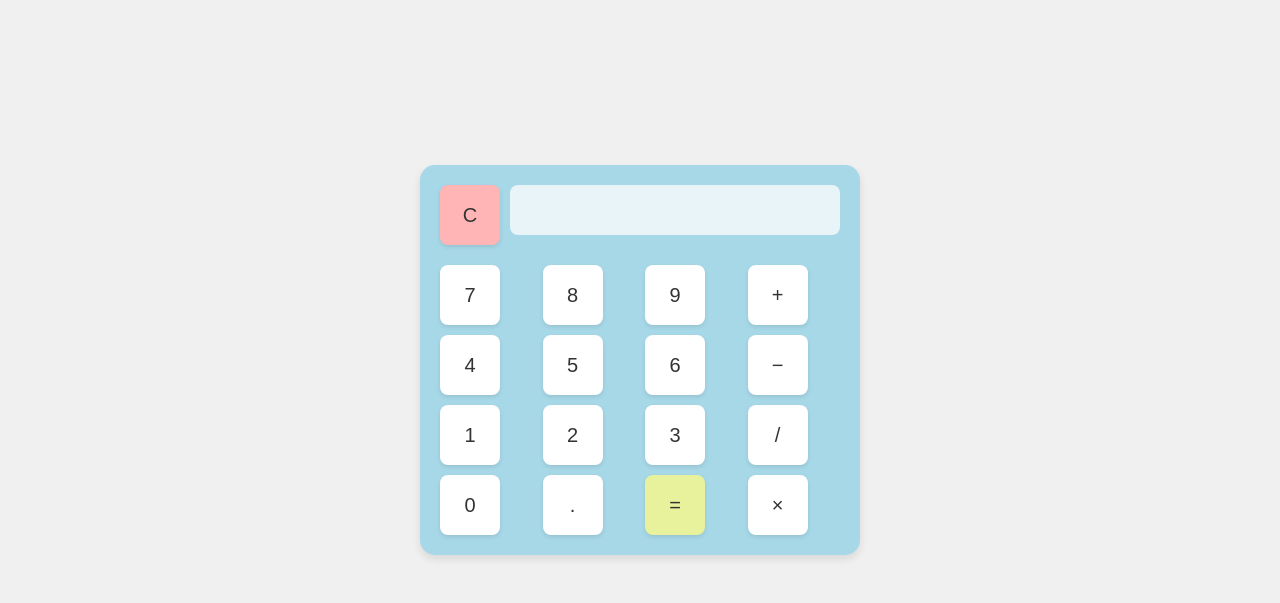
Repository: Burnmyheart/calculator
Page: index.html
An editor plug-in stored every save of this project. The page is shown before and after the next save, followed by the edit.
The browser window is 1280 px wide. The pictures show the whole page.

Above is the page before, as saved 2025-04-28 18:48:30.

After the next save:
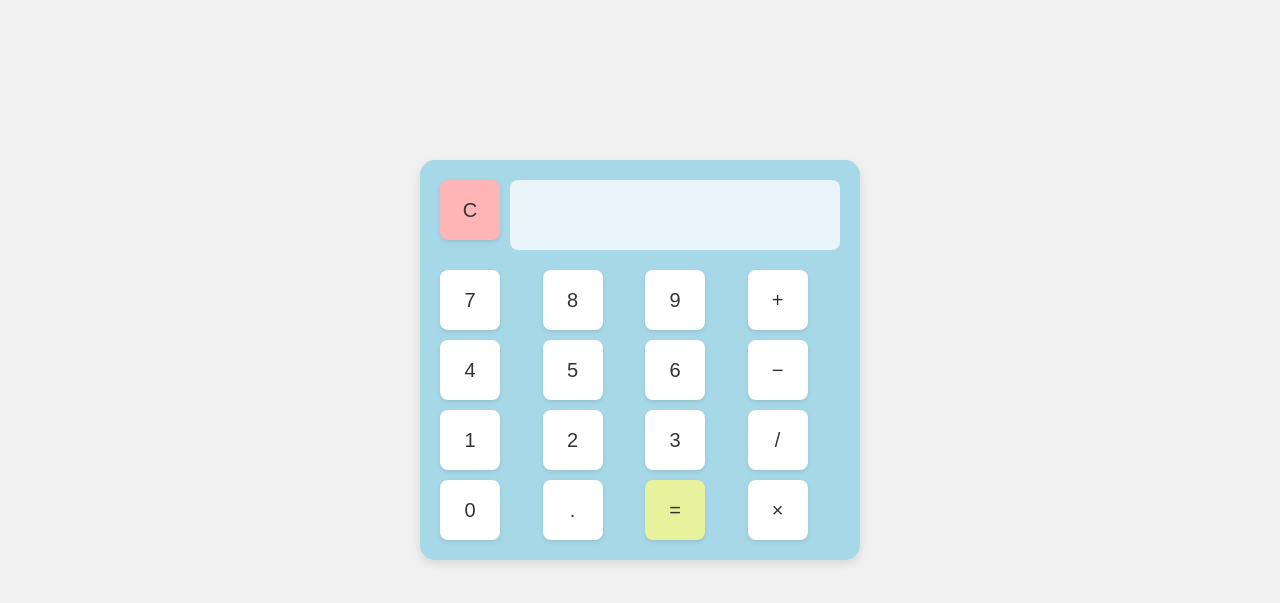
Saved 23 s later.
--- a/style.css
+++ b/style.css
@@ -26,16 +26,30 @@ h1 {
   margin-bottom: 20px;
 }
 
+.display-wrapper {
+  flex: 1;
+  background-color: #e8f4f8;
+  border-radius: 8px;
+  padding: 5px 10px;
+  display: flex;
+  flex-direction: column;
+}
+
+.history {
+  font-size: 14px;
+  color: #666;
+  min-height: 20px;
+  text-align: right;
+}
+
 #display {
-  flex: 1;
+  background: none;
+  border: none;
   height: 40px;
   font-size: 24px;
   text-align: right;
-  padding: 5px 10px;
-  background-color: #e8f4f8;
-  border: none;
-  border-radius: 8px;
   color: #333;
+  padding: 0;
 }
 
 .buttons-grid {
